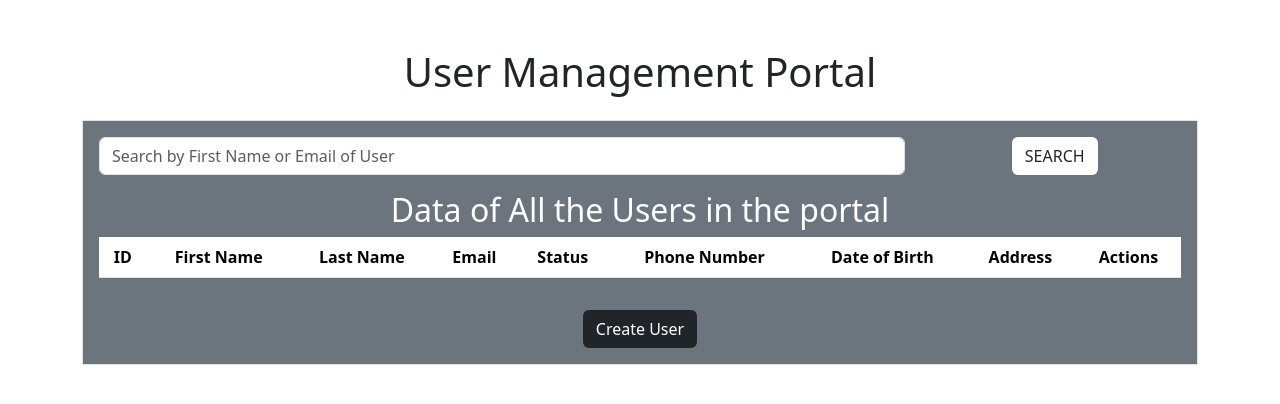
Repository: nairshreejith/reactstudent3
Page: /
These files come from the project's save history. The page is drawn as it stood at one moment and after the next save; the edit follows.
The browser window is 1280 px wide. The pictures show the whole page.
The page's requests for data from a server got no answer. The project was rebuilt for these pictures with package versions that can differ from the ones it lists, and the page was loaded fresh each time. No one was signed in, and anything a server would have sent is missing.

Above is the page before, as saved 2023-09-16 23:45:33.

After the next save:
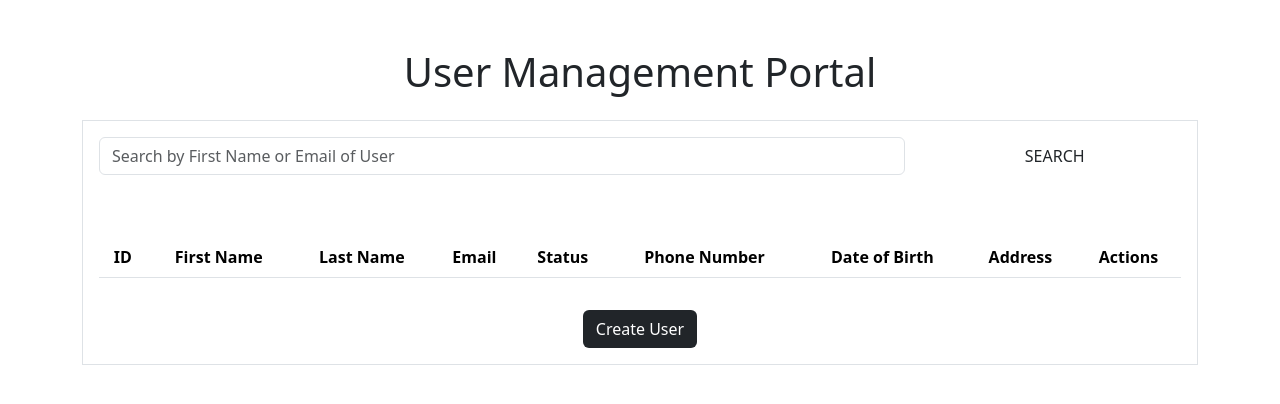
Saved 31 s later.
--- a/src/App.js
+++ b/src/App.js
@@ -80,7 +80,7 @@ function App() {
   return (
     <div className="App container mt-5">
       <h1 className="mb-4">User Management Portal</h1>
-      <div className="border bg-secondary text-white p-3 mb-4">
+      <div className="border  text-white p-3 mb-4">
         <div className="mb-3">
           <div className="row">
             <div className="col-md-9">
